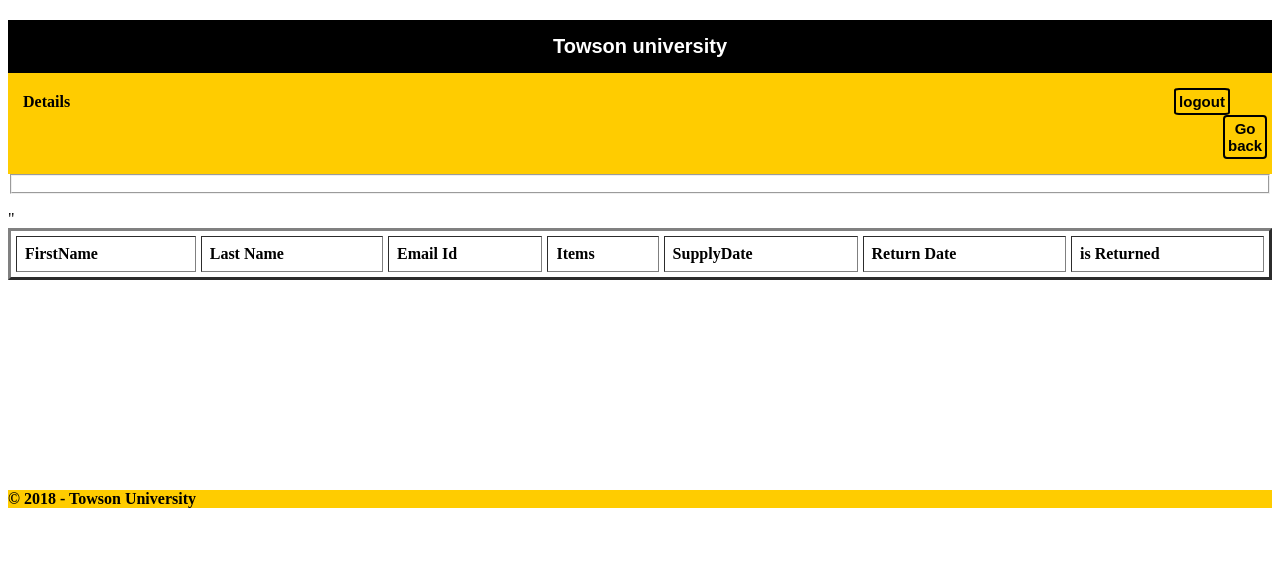
Repository: DatabaseCOSC578/eclipse-workspace11
Page: http://localhost/Supervisor/Supervisorshow.jsp
The author's editor kept a copy of each file at every save. The page is drawn from the files as they stood at one save, then again after the next save.
The browser window is 1280 px wide. The pictures show the whole page.
The page is served by Tomcat 9. Queries for data that is not in the repository find no rows.

Above is the page before, as saved 2018-04-16 12:08:48.

After the next save:
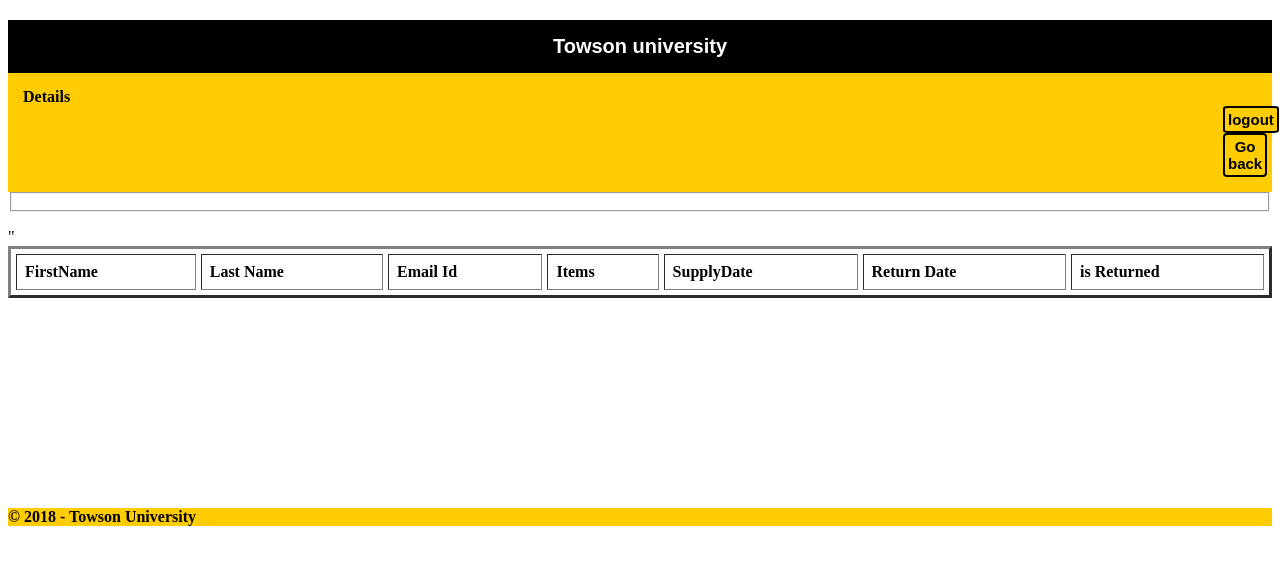
Saved 15 s later.
--- a/Supervisor/WebContent/css/layout1.css
+++ b/Supervisor/WebContent/css/layout1.css
@@ -71,7 +71,7 @@
 }
 #b2 {
 		align:center;
-	margin-left: 1100;
+	margin-left: 1200;
 	background-color: #fc0;
 	padding: 3;
 	text-align:center;
